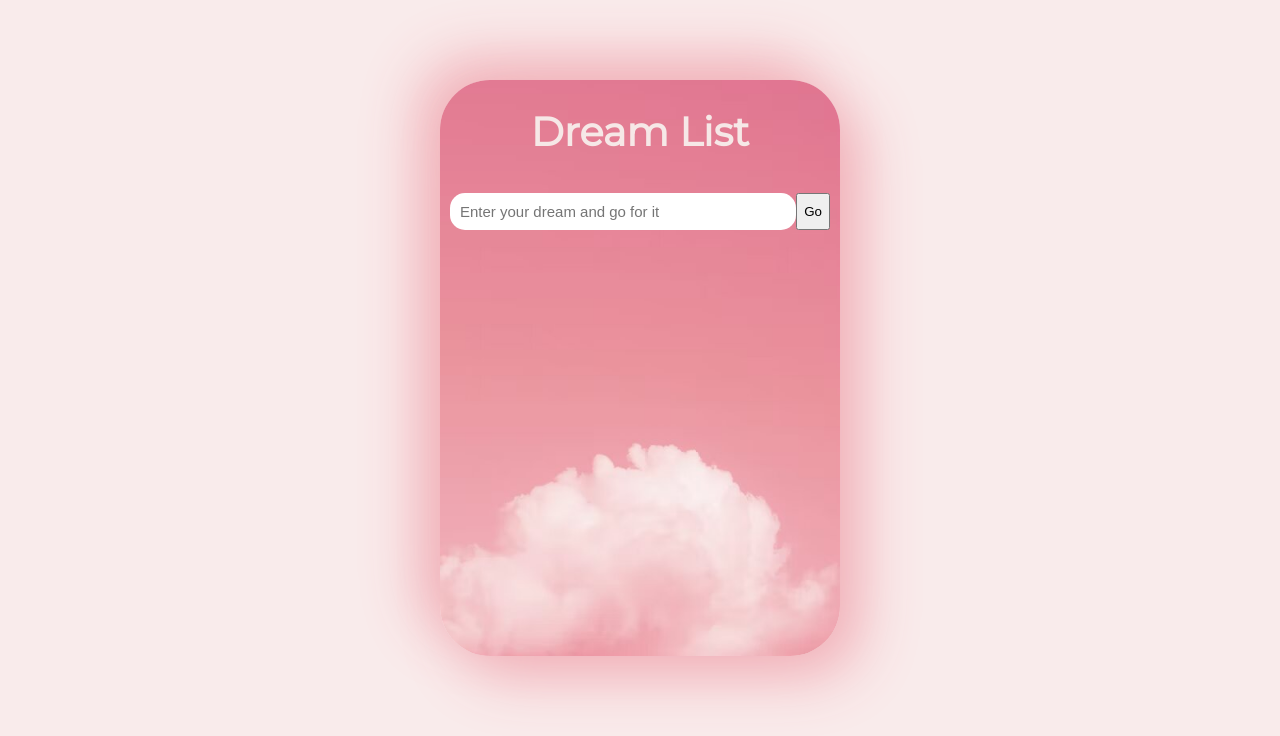
Repository: asya-aisa/grocery-list
Page: /
The author's editor kept a copy of each file at every save. The page is drawn from the files as they stood at one save, then again after a run of saves.
The browser window is 1280 px wide. The pictures show the whole page.
The project was rebuilt for these pictures with package versions that can differ from the ones it lists, and the page was loaded fresh each time.

Above is the page before, as saved 2023-07-14 16:17:05.

After the next 3 saves:
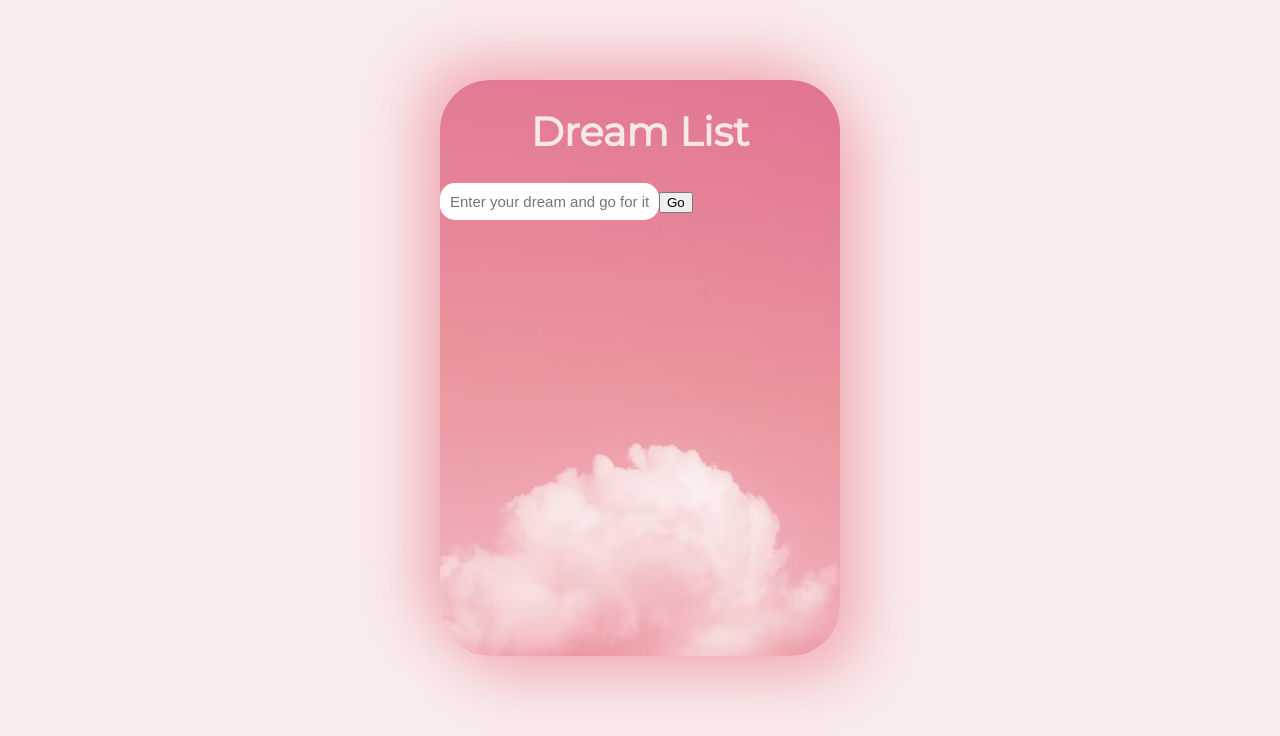
The 3 saves are shown as one change because they came seconds apart.
The last was saved 24 s later.
--- a/src/App.css
+++ b/src/App.css
@@ -30,6 +30,8 @@
   border: none;
   border-radius: 15px;
 }
+
+input ou
 .container-input {
   display: flex;
   justify-content: center;

After the save that followed:
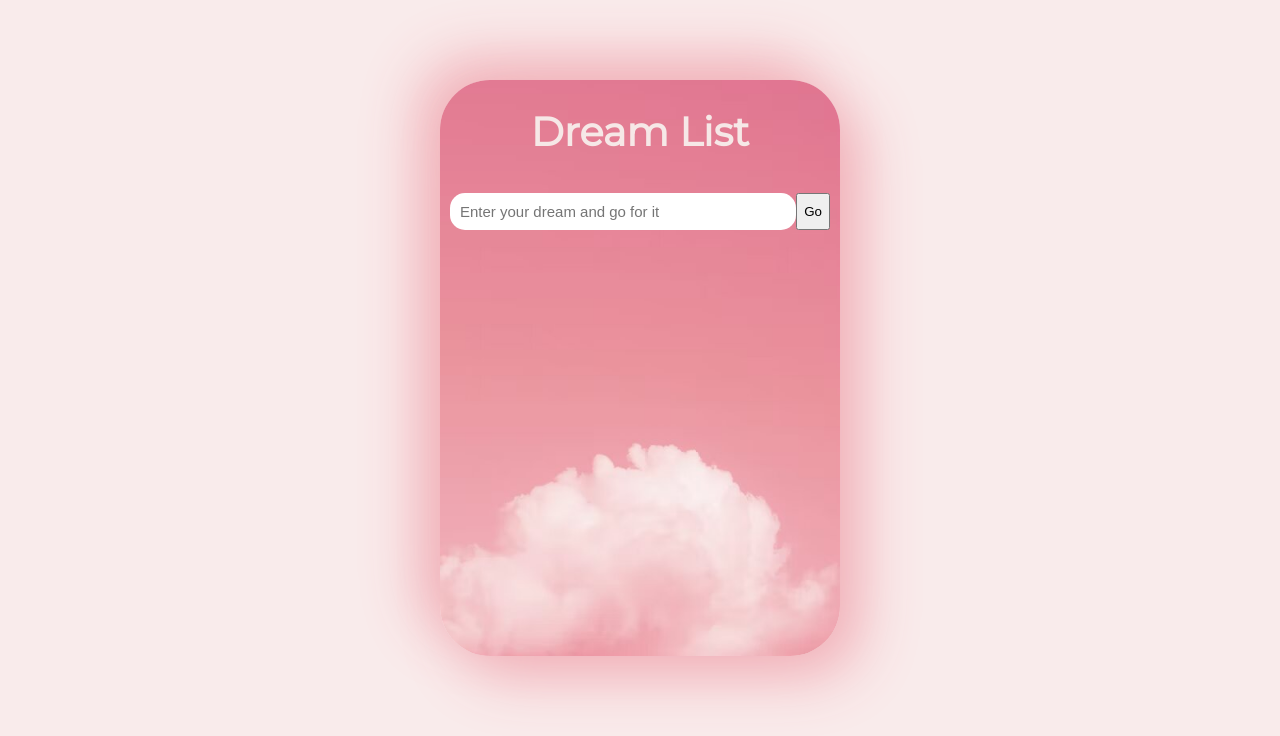
Saved 10 s later.
--- a/src/App.css
+++ b/src/App.css
@@ -31,7 +31,7 @@
   border-radius: 15px;
 }
 
-input ou
+
 .container-input {
   display: flex;
   justify-content: center;
